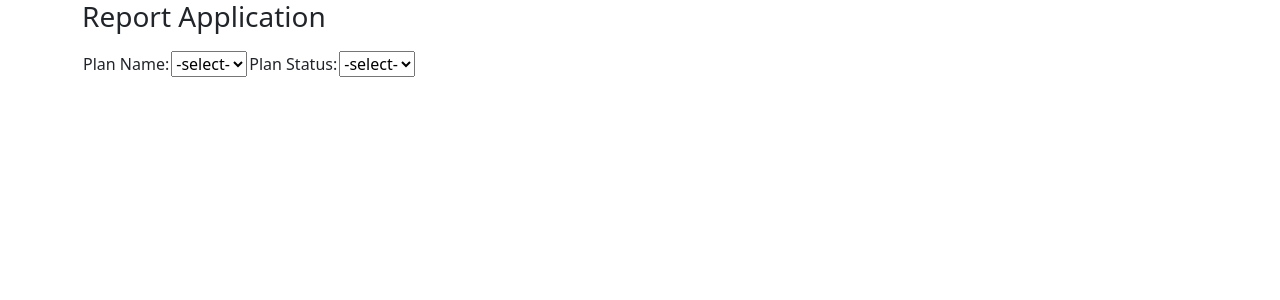
Repository: dubeygaurav52/SpringBoot_Microservices_Concepts
Page: http://localhost/01_Report_App/pages/index.jsp
The author's editor kept a copy of each file at every save. The page is drawn from the files as they stood at one save, then again after the next save.
The browser window is 1280 px wide. The pictures show the whole page.
The page is served by Tomcat 9.

Above is the page before, as saved 2025-05-01 14:21:13.

After the next save:
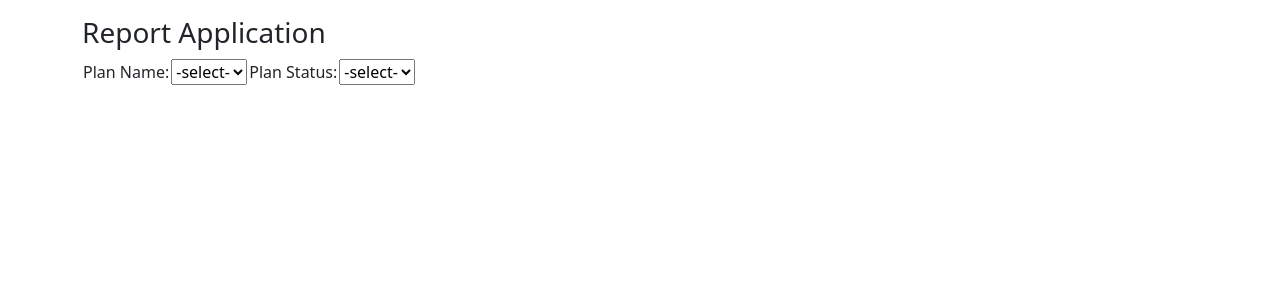
Saved 45 s later.
--- a/01_Report_App/src/main/webapp/pages/index.jsp
+++ b/01_Report_App/src/main/webapp/pages/index.jsp
@@ -13,7 +13,7 @@
 </head>
 <body>
 <div class="container">
-<h3 class="mb-3">Report Application</h3>
+<h3 class="pd-3 pt-3">Report Application</h3>
 <!-- <button class="btn btn-primary">Submit</button> -->
 
 <form action="" modelAttribute="search" method="POST">
